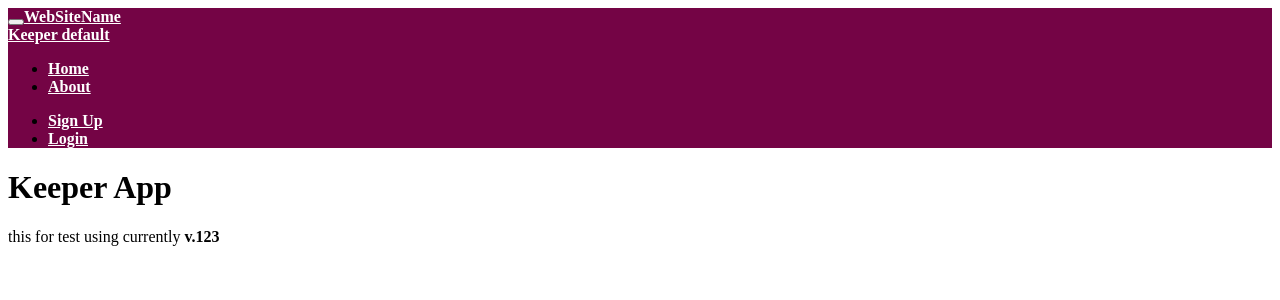
Repository: 3bdulrahman/contact-keeper
Page: / (app in client/)
These files come from the project's save history. The page is drawn as it stood at one moment and after the next save; the edit follows.
The browser window is 1280 px wide. The pictures show the whole page.
The project was rebuilt for these pictures with package versions that can differ from the ones it lists, and the page was loaded fresh each time.

Above is the page before, as saved 2020-03-29 21:26:25.

After the next save:
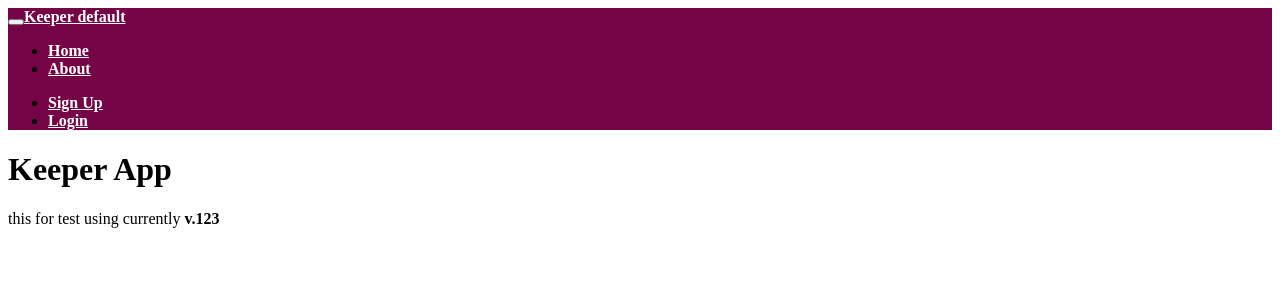
Saved 57 s later.
--- a/client/src/components/layout/Navbar.js
+++ b/client/src/components/layout/Navbar.js
@@ -10,11 +10,11 @@ import PropTypes from 'prop-types'
         <span class="icon-bar"></span>
         <span class="icon-bar"></span>
       </button>
-      <a class="navbar-brand" href="#">WebSiteName</a>
+      <a class="navbar-brand" href="#">{title}</a>
     </div>
         <div class="container" id="myNavbar">
           <div class="navbar-header">
-            <a class="navbar-brand" href="#">{title}</a>
+
           </div>
           <ul class="nav navbar-nav">
             <li class="active"><a href="#">Home</a></li>
